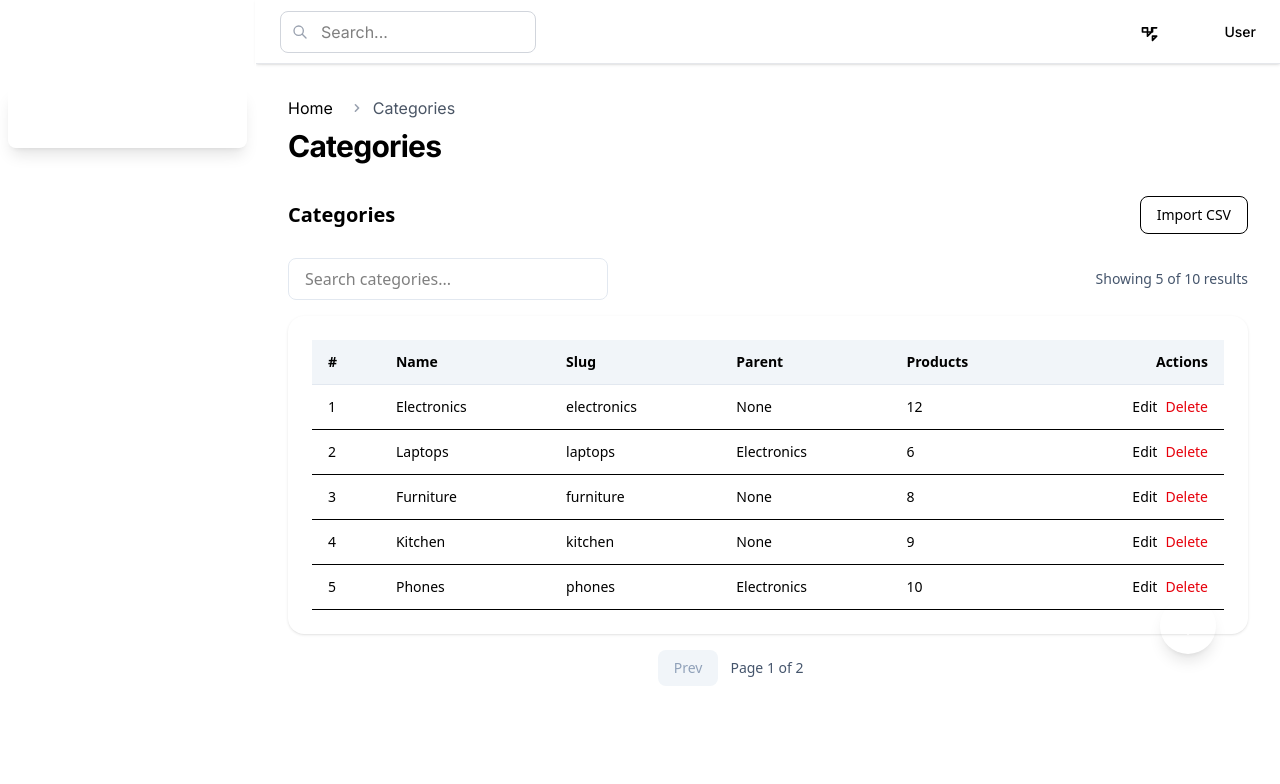
Repository: Ndegwa2/MulistorePOS
Page: /
These files come from the project's save history. The page is drawn as it stood at one moment and after the next save; the edit follows.
The browser window is 1280 px wide. The pictures show the whole page.
The project was rebuilt for these pictures with package versions that can differ from the ones it lists, and the page was loaded fresh each time. Also part of the build but not shown: vite.config.js, Frontend/EditModal.jsx, Frontend/DeleteConfirm.jsx, Frontend/subcategory.jsx, Frontend/brand.jsx, Frontend/productPanel.jsx, Frontend/stockPanel.jsx, Frontend/salesPanel.jsx and 5 more.

Above is the page before, as saved 2025-10-03 20:44:36.

After the next save:
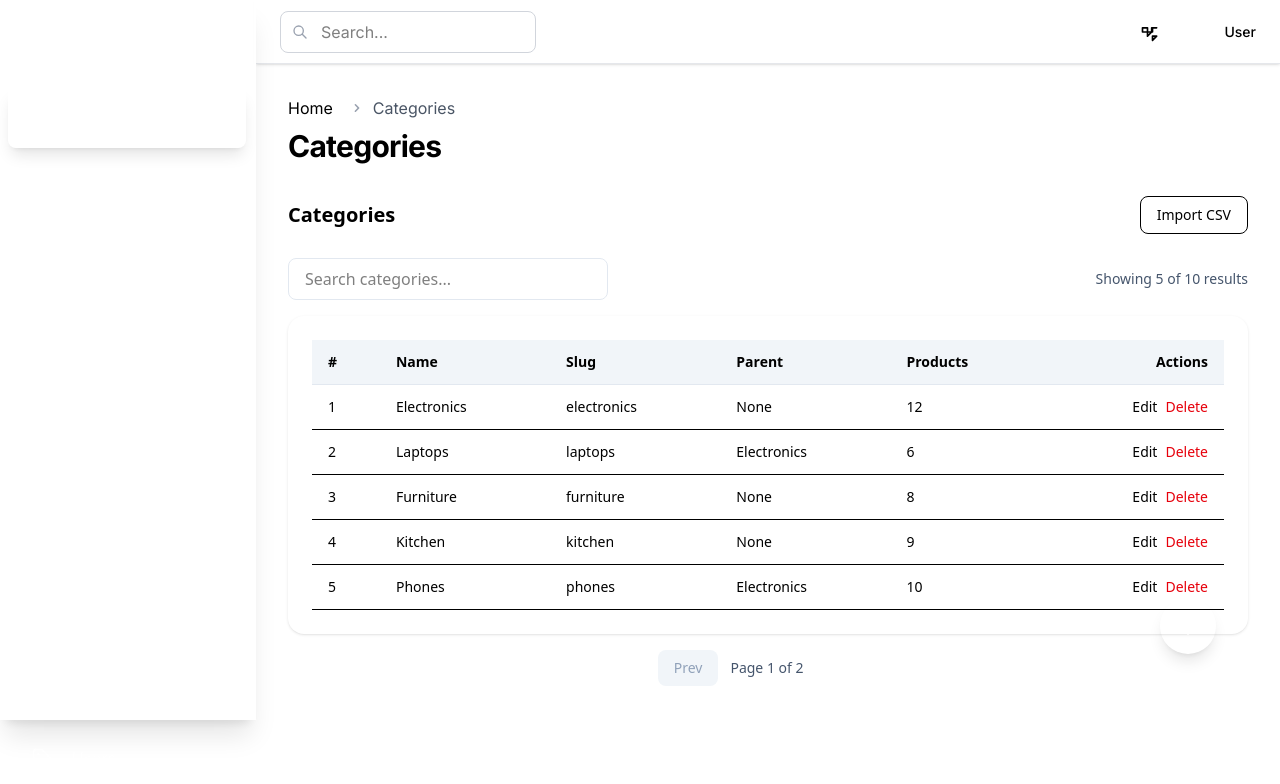
Saved 11 s later.
--- a/Frontend/dashboaord.jsx
+++ b/Frontend/dashboaord.jsx
@@ -53,8 +53,8 @@ export default function Dashboard() {
     <div className="min-h-screen bg-background text-text flex">
       {/* Sidebar */}
       <aside
-        className={`fixed left-0 top-0 h-screen bg-sidebar text-white border-r border-sidebar/20
-                   flex flex-col justify-between transition-all duration-300 z-50
+        className={`fixed left-0 top-0 h-screen bg-gradient-to-b from-sidebar to-sidebar/90 text-white border-r-2 border-primary/20
+                   flex flex-col justify-between transition-all duration-300 z-50 shadow-xl
                    ${sidebarCollapsed ? 'w-16' : 'w-64'}
                    ${mobileSidebarOpen ? 'translate-x-0' : '-translate-x-full'}
                    md:translate-x-0`}
